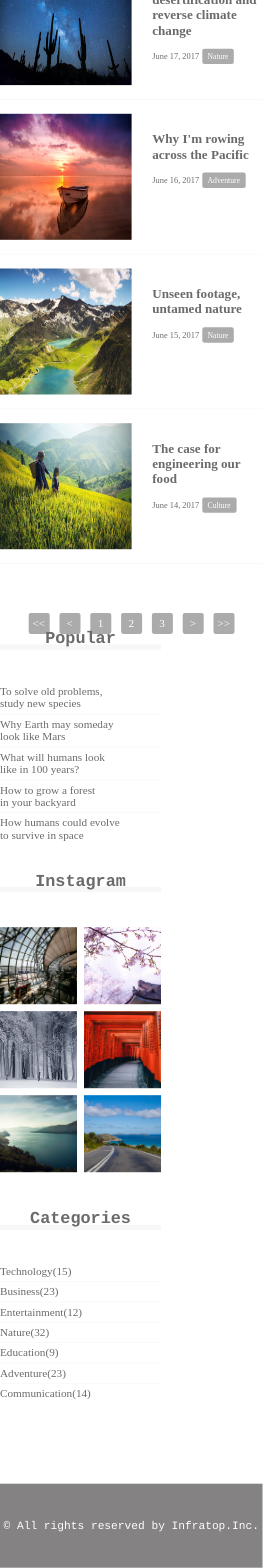
Repository: momopomi/htmlcss
Page: caravan/index.html
The author's editor kept a record of every edit. The page is drawn from the files as they stood at one moment, then again after the next edit.
The browser window is 375 px wide. The pictures show the part of the page from y = 881 to 3121 px (the page is 3121 px tall before and 3101 px after), at 70% of full size.
Some web libraries are served in a nearby version.

Above is the page before.

### caravan/index.html
<!DOCTYPE html>
<html lang="ja">
  <head>
    <meta charset="UTF-8" />
    <script src="https://kit.fontawesome.com/fdb695ff91.js" crossorigin="anonymous"></script>
    <!-- CSSファイルの読み込み -->
    <link rel="stylesheet" href="style.css" />
    <title>CARAVAN</title>
  </head>

  <body>
    <!-- header -->
    <header>
      <h1 class="heading">
        <a href="index.html">CARAVAN</a>
      </h1>
      <div class="social">
        <i class="fab fa-facebook-square"></i>
        <i class="fab fa-twitter-square"></i>
        <i class="fab fa-instagram"></i>
      </div>
    </header>

    <!-- navigation -->
    <nav>
      <ul class="nav-list">
        <li class="nav-list-item">
          <a href="index.html">Home</a>
        </li>
        <li class="nav-list-item">About</li>
        <li class="nav-list-item">Topic</li>
      </ul>
    </nav>

    <!-- main-visual用のdiv -->
    <div class="main-visual">
      <div class="main-visual-content">
        <p class="main-visual-text">
          The world is a book<br />
          and those who do not travel<br />
          read only one page.
        </p>
        <p class="main-visual-name">
          St. Augustine
        </p>
      </div>
    </div>

    <!-- main用のdiv -->
    <main>
      <section class="blog">
        <h2 class="blog-heading">Recent Blogs</h2>
        <div class="blog-box">
          <div class="blog-item">
            <img class="blog-image" src="img/forest.jpg" />
            <section class="blog-text">
              <h3 class="blog-text-heading">
                <a href="single.html">
                  Hopeful lessons from<br />
                  the battle to save<br />
                  rainforests
                </a>
              </h3>
              <p class="blog-date">June 19, 2017</p>
              <span class="category">Nature</span>
            </section>
          </div>
          <div class="blog-item">
            <img class="blog-image" src="img/desert.jpg" />
            <section class="blog-text">
              <h3 class="blog-text-heading">
                <a href="single.html">
                  How to fight<br />
                  desertification and<br />
                  reverse climate change
                </a>
              </h3>
              <p class="blog-date">June 17, 2017</p>
              <span class="category">Nature</span>
            </section>
          </div>
          <div class="blog-item">
            <img class="blog-image" src="img/sunset.jpg" />
            <section class="blog-text">
              <h3 class="blog-text-heading">
                <a href="single.html">
                  Why I'm rowing<br />
                  across the Pacific
                </a>
              </h3>
              <p class="blog-date">June 16, 2017</p>
              <span class="category">Adventure</span>
            </section>
          </div>
          <div class="blog-item">
            <img class="blog-image" src="img/italy.jpg" />
            <section class="blog-text">
              <h3 class="blog-text-heading">
                <a href="single.html">
                  Unseen footage,<br />
                  untamed nature
                </a>
              </h3>
              <p class="blog-date">June 15, 2017</p>
              <span class="category">Nature</span>
            </section>
          </div>
          <div class="blog-item">
            <img class="blog-image" src="img/asia.jpg" />
            <section class="blog-text">
              <h3 class="blog-text-heading">
                <a href="single.html">
                  The case for<br />
                  engineering our food
                </a>
              </h3>
              <p class="blog-date">June 14, 2017</p>
              <span class="category">Culture</span>
            </section>
          </div>
        </div>
        <div class="pagination">
          <p><<</p>
          <p><</p>
          <p>1</p>
          <p>2</p>
          <p>3</p>
          <p>></p>
          <p>>></p>
        </div>
      </section>
      <div class="sidebar">
        <section class="popular">
          <h2 class="popular-heading common-heading">Popular</h2>
          <div class="sidebar-contents">
            <p class="popular-text">
              To solve old problems,<br />study new species
            </p>
            <p class="popular-text">
              Why Earth may someday<br />look like Mars
            </p>
            <p class="popular-text">
              What will humans look<br />like in 100 years?
            </p>
            <p class="popular-text">
              How to grow a forest<br />in your backyard
            </p>
            <p class="popular-text">
              How humans could evolve<br />to survive in space
            </p>
          </div>
        </section>
        <section class="instagram">
          <h2 class="instagram-heading common-heading">Instagram</h2>
          <div class="sidebar-contents">
            <div class="instagram-box"></div>
            <div class="instagram-box"></div>
            <div class="instagram-box"></div>
            <div class="instagram-box"></div>
            <div class="instagram-box"></div>
            <div class="instagram-box"></div>
          </div>
        </section>
        <section class="categories">
          <h2 class="categories-heading common-heading">Categories</h2>
          <div class="sidebar-contents">
            <p class="categories-text">Technology(15)</p>
            <p class="categories-text">Business(23)</p>
            <p class="categories-text">Entertainment(12)</p>
            <p class="categories-text">Nature(32)</p>
            <p class="categories-text">Education(9)</p>
            <p class="categories-text">Adventure(23)</p>
            <p class="categories-text">Communication(14)</p>
          </div>
        </section>
      </div>
    </main>

    <!-- footer -->
    <footer>
      <p class="footer-text">© All rights reserved by Infratop.Inc.</p>
    </footer>
  </body>
</html>

### caravan/style.css
/* ブラウザがそれぞれ持っているCSSをリセットするための記述 */
* {
  margin: 0;
  padding: 0;
  box-sizing: border-box;
  color: #6c6b6b;
}

a {
  text-decoration: none;
}

header, nav, h2, .main-visual, footer {
  font-family: Chalkduster, "Bradley Hand", Courier, "Segoe Print", sans-serif;
}

header {
  width: 90%; /* 横幅90% */
  padding: 15px 0;
  margin: 0 auto;
  text-align: center;
  position: relative;
}

.social {
  position: absolute; /* headerの左上を基準に絶対位置で指定する */
  top: 22px; /* headerの左上から22px下側へ移動する */
  right: 22px; /* headerの右上から22px左側へ移動する */
}

.social i {
  display: inline-block;
  margin-left: 20px;
}

header .heading {
  /* headerタグ内のheadingクラスにのみ反映される */
  font-size: 32px;
}

.nav-list {
  text-align: center;
  padding: 10px 0;
  margin: 0 auto;
}

.nav-list-item {
  list-style: none;
  display: inline-block;
  margin: 0 20px;
}

.main-visual {
  width: 100%; /* 横幅いっぱい */
  height: 300px; /* 高さ300px */
  background-image: url(img/mv.jpg);
  background-size: cover; /* 縦横比を維持したまま背景領域を埋め尽くす */
  background-position: center; /* 背景画像を中央に配置 */
}

.main-visual-content {
  width: 40%; /* 横幅40% */
  height: 300px; /* 親の高さに揃える */
  background-color: rgba(0, 0, 0, 0.5); /* 背景色を半透明の黒にする */
  text-align: center; /* 文字を中央揃えにする */
  padding-top: 105px; /* 上側の内側余白で垂直方向の位置を調整 */
}

.main-visual-text {
  color: #fff; /* 文字色を白に変更 */
}

.main-visual-name {
  margin-top: 30px; /* 上側の外側の余白 */
  color: #fff; /* 文字色を白に変更 */
}

main {
  width: 800px; /* 横幅800px */
  display: flex; /* Flexboxの利用 */
  justify-content: center; /* 要素の横並び・中央寄せ */
  margin: 0 auto; /* 要素の中央揃え */
  padding: 70px 0; /* 上下に70px、左右に0pxの内側余白 */
}

.blog {
  width: 540px;
  margin-right: 30px; /* 領域の右側余白 */
}

.blog-heading {
  border-bottom: 8px solid #f7f7f7;
  text-align: center;
  line-height: 0.6;
}

.blog-box {
  padding-top: 50px;
}

.blog-item {
  padding-bottom: 20px;
  margin-bottom: 20px;
  border-bottom: 1px solid #f7f7f7;
  display: flex;
  justify-content: flex-start;
}

.blog-image {
  height: 180px;
}

.blog-text {
  padding: 25px 0 0 30px;
}

.blog-text-heading {
  padding-bottom: 15px;
}

.blog-date {
  font-size: 12px;
  display: inline-block;
}

.category {
  display: inline-block;
  padding: 5px 8px;
  background-color: #acabab;
  border-radius: 3px;
  color: #fff;
  font-size: 11px;
}

.pagination {
  text-align: center;
  padding-top: 50px;
}

.pagination p {
  display: inline-block;
  width: 30px;
  height: 30px;
  margin: 0 5px;
  color: #fff;
  background-color: #acabab;
  border-radius: 3px;
  line-height: 30px;
}

.sidebar {
  width: 230px;
}

.common-heading {
  border-bottom: 8px solid #f7f7f7;
  text-align: center;
  line-height: 0.6;
}

.sidebar-contents {
  padding: 50px 0;
}

.popular-text,
.categories-text {
  padding-bottom: 5px;
  border-bottom: 1px solid #f7f7f7;
  margin-bottom: 5px;
}

.popular-text:last-child,
.categories-text:last-child {
  margin: 0;
  padding: 0;
  border: none;
}

.instagram .sidebar-contents {
  display: flex;
  flex-wrap: wrap;
}

.instagram-box {
  width: 110px;
  padding-top: 110px;
  background-size: cover;
  background-position: center;
  margin-bottom: 10px;
}

.instagram-box:nth-child(odd) {
  margin: 0 10px 10px 0;
}

.instagram-box:nth-child(1) {
  background-image: url(img/airport.jpg);
}

.instagram-box:nth-child(2) {
  background-image: url(img/japan.jpg);
}

.instagram-box:nth-child(3) {
  background-image: url(img/snow.jpg);
}

.instagram-box:nth-child(4) {
  background-image: url(img/japan2.jpg);
}

.instagram-box:nth-child(5) {
  background-image: url(img/lake.jpg);
}

.instagram-box:nth-child(6) {
  background-image: url(img/road.jpg);
}

footer {
  width: 100%;
  height: 120px;
  text-align: center;
  line-height: 120px;
  background-color: #848282;
}

.footer-text {
  color: #fff;
}

@media screen and (max-width: 425px) {
  header {
    width: 100%;/* 横幅100% */
  }

  .social {
    position: static; /* センターで指定する */
  }

  .nav-list-item {
    display: block;
  }

  .main-visual-content {
    width: 100%; /* 横幅100% */
  }

  main {
    width: 100%; /* 横幅100% */
    display: block;
  }

  .blog {
    width: 100%; /* 横幅100% */
  }

  .blog-image {
    width: 50%;
  }

  .pagination {
    text-align: center;
    padding-top: 50px;
  }

  .pagination p {
    display: inline-block;
    width: 30px;
    height: 30px;
    margin: 0 5px;
    color: #fff;
    background-color: #acabab;
    border-radius: 3px;
    line-height: 30px;
  }

  .sidebar {
    width: 230px;
  }

  .common-heading {
    border-bottom: 8px solid #f7f7f7;
    text-align: center;
    line-height: 0.6;
  }

  .sidebar-contents {
    padding: 50px 0;
  }

  .popular-text,
  .categories-text {
    padding-bottom: 5px;
    border-bottom: 1px solid #f7f7f7;
    margin-bottom: 5px;
  }

  .popular-text:last-child,
  .categories-text:last-child {
    margin: 0;
    padding: 0;
    border: none;
  }

  .instagram .sidebar-contents {
    display: flex;
    flex-wrap: wrap;
  }

  .instagram-box {
    width: 110px;
    padding-top: 110px;
    background-size: cover;
    background-position: center;
    margin-bottom: 10px;
  }

  .instagram-box:nth-child(odd) {
    margin: 0 10px 10px 0;
  }

  .instagram-box:nth-child(1) {
    background-image: url(img/airport.jpg);
  }

  .instagram-box:nth-child(2) {
    background-image: url(img/japan.jpg);
  }

  .instagram-box:nth-child(3) {
    background-image: url(img/snow.jpg);
  }

  .instagram-box:nth-child(4) {
    background-image: url(img/japan2.jpg);
  }

  .instagram-box:nth-child(5) {
    background-image: url(img/lake.jpg);
  }

  .instagram-box:nth-child(6) {
    background-image: url(img/road.jpg);
  }

  footer {
    width: 100%;
    height: 120px;
    text-align: center;
    line-height: 120px;
    background-color: #848282;
  }

  .footer-text {
    color: #fff;
  }
}

After the next edit:
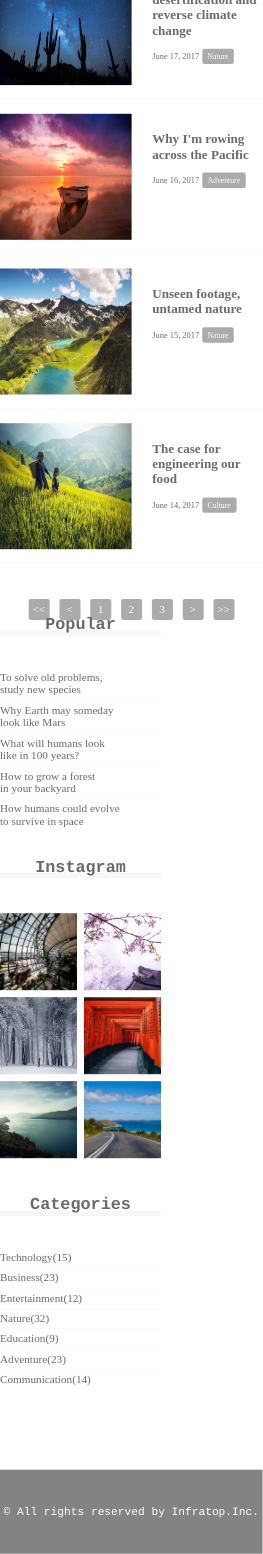
The edit:
--- a/caravan/style.css
+++ b/caravan/style.css
@@ -261,7 +261,7 @@
 
   .pagination {
     text-align: center;
-    padding-top: 50px;
+    padding-top: 30px;
   }
 
   .pagination p {
